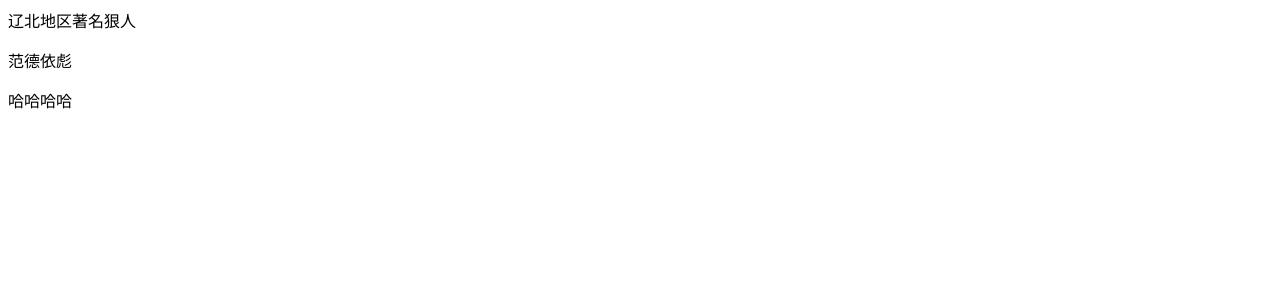
Repository: lqcoffical/basic-frontCode
Page: demohtml/排版标签.html
These files come from the project's save history. The page is drawn as it stood at one moment and after the next save; the edit follows.
The browser window is 1280 px wide. The pictures show the whole page.

Above is the page before, as saved 2019-10-15 16:26:56.

### demohtml/排版标签.html
<!DOCTYPE html>
<html lang="en">
<head>
    <meta charset="UTF-8">
    <meta name="viewport" content="width=device-width, initial-scale=1.0">
    <meta http-equiv="X-UA-Compatible" content="ie=edge">
    <title>Document</title>
</head>
<body>
    <!-- <p></p>段落标签。正常浏览器排版是从上到下从左到右，排到装不下了之后才会换行。
        而用了p标签之后，不管内容有多少都独占一行 -->
    辽北地区著名狠人
    <p>范德依彪</p>哈哈哈哈
</body>
</html>

After the next save:
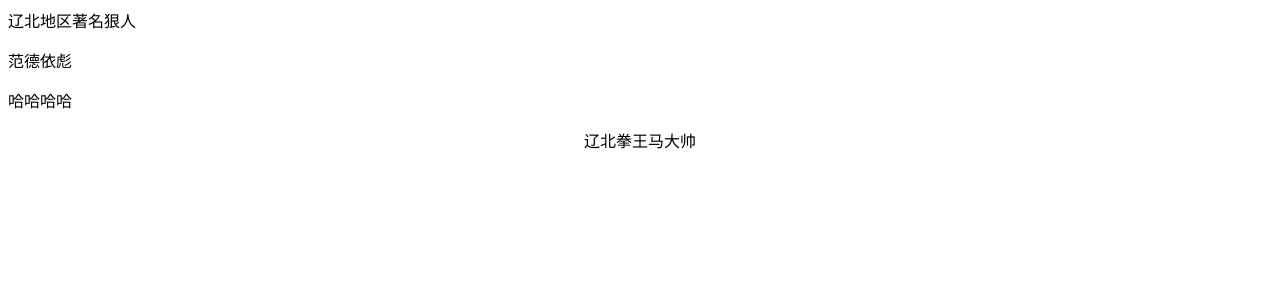
Saved 5 min 0 s later.
--- a/demohtml/排版标签.html
+++ b/demohtml/排版标签.html
@@ -11,5 +11,7 @@
         而用了p标签之后，不管内容有多少都独占一行 -->
     辽北地区著名狠人
     <p>范德依彪</p>哈哈哈哈
+    <!-- p标签的属性：align(对齐方式)，取值范围有left，center，right -->
+    <p align = "center">辽北拳王马大帅</p>
 </body>
 </html>
